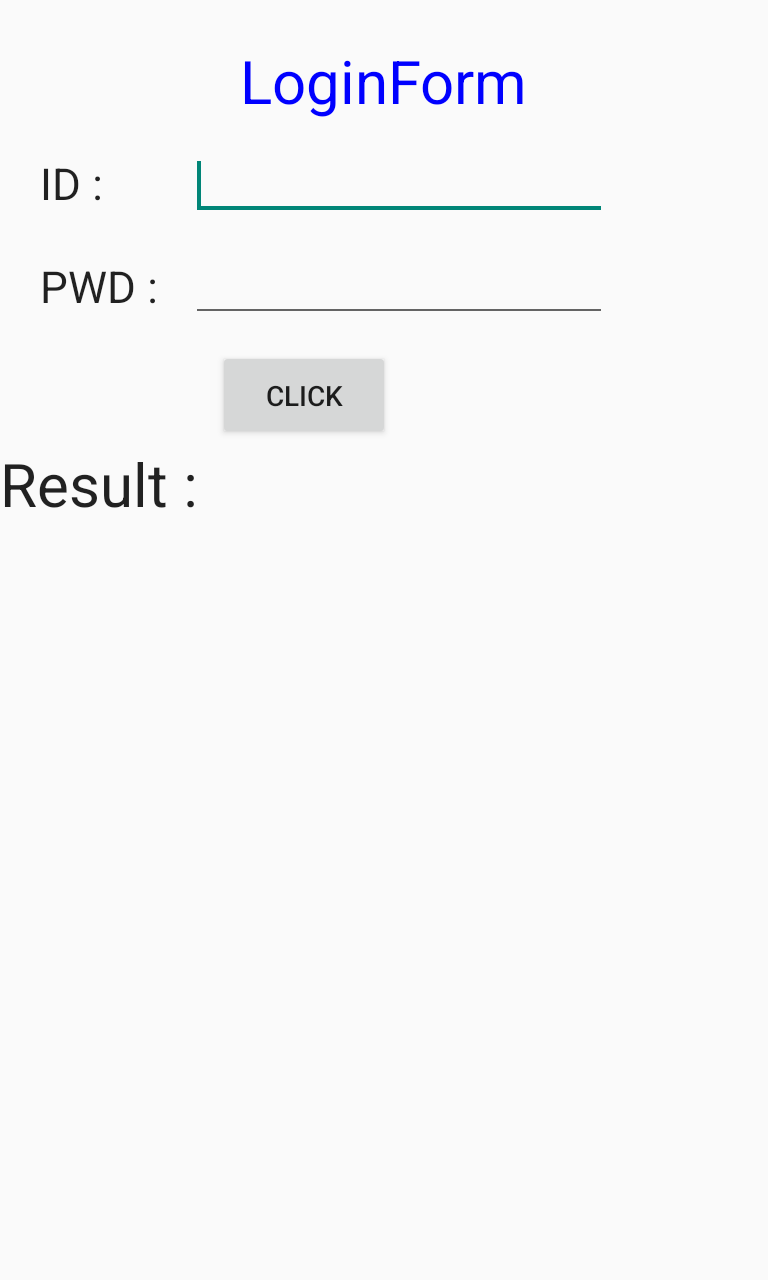
Repository: dev-sean/kosta
Layout: and1016/res/layout/ex2_post.xml
These files come from the project's save history. The layout is drawn as it stood at one moment and after the next save; the edit follows.
It is drawn on a 768 x 1280 px phone screen (xhdpi) without system bars, with theme AppTheme; the app's code is not run.

Above is the layout before, as saved 2014-10-16 05:50:10.

After the next save:
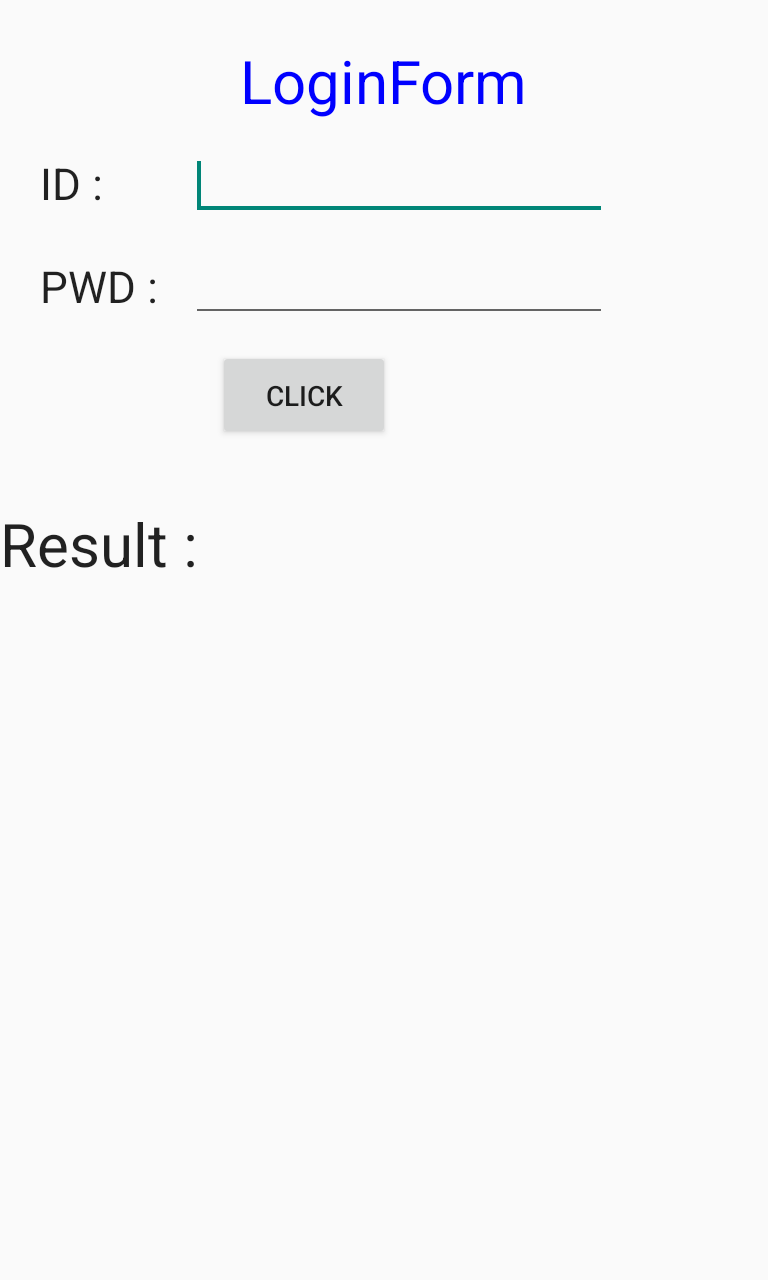
Saved 11 s later.
--- a/and1016/res/layout/ex2_post.xml
+++ b/and1016/res/layout/ex2_post.xml
@@ -70,8 +70,9 @@
         android:id="@+id/ex2_restext"
         android:layout_width="wrap_content"
         android:layout_height="wrap_content"
+        android:layout_marginTop="30dp"
         android:text="Result :"
-        android:textSize="30sp"
-        android:textAppearance="?android:attr/textAppearanceLarge" />
+        android:textAppearance="?android:attr/textAppearanceLarge"
+        android:textSize="30sp" />
 
 </LinearLayout>
